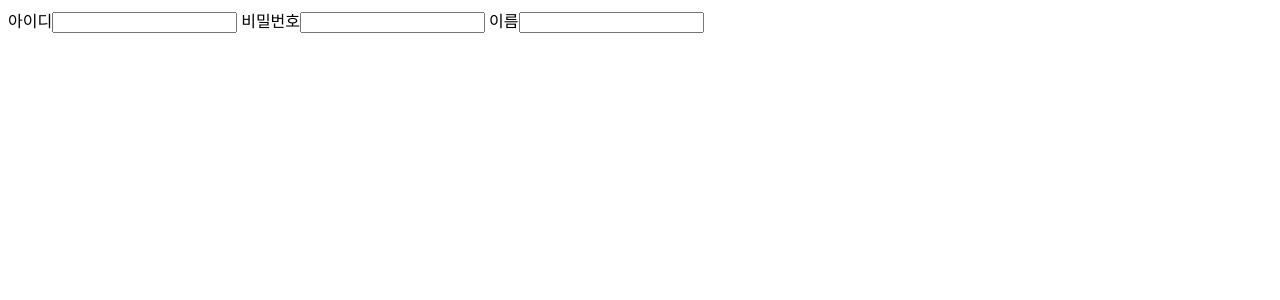
Repository: ih0615/NewJSP
Page: http://localhost/board/views/member/modifyFrom.jsp
The author's editor kept a copy of each file at every save. The page is drawn from the files as they stood at one save, then again after the next save.
The browser window is 1280 px wide. The pictures show the whole page.
The page is served by Tomcat 9. Other server files are loaded and not shown.

Above is the page before, as saved 2020-11-26 02:04:59.

### board/WebContent/views/member/modifyFrom.jsp
<%@ page language="java" contentType="text/html; charset=UTF-8"
    pageEncoding="UTF-8"%>
<!DOCTYPE html>
<html>
<head>
<meta charset="UTF-8">
<title>회원정보 수정</title>
</head>
<body>
<form action="">
아이디<input type="text" />
비밀번호<input type="password" />
이름<input type="text" />
</form>
</body>
</html>

After the next save:
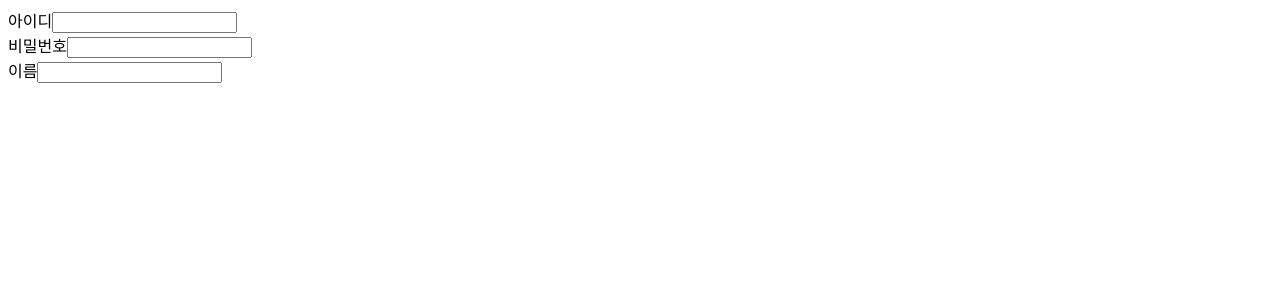
Saved 57 s later.
--- a/board/WebContent/views/member/modifyFrom.jsp
+++ b/board/WebContent/views/member/modifyFrom.jsp
@@ -1,5 +1,4 @@
-<%@ page language="java" contentType="text/html; charset=UTF-8"
-    pageEncoding="UTF-8"%>
+<%@ page language="java" contentType="text/html; charset=UTF-8" pageEncoding="UTF-8"%>
 <!DOCTYPE html>
 <html>
 <head>
@@ -7,10 +6,16 @@
 <title>회원정보 수정</title>
 </head>
 <body>
-<form action="">
-아이디<input type="text" />
-비밀번호<input type="password" />
-이름<input type="text" />
-</form>
+	<form action="">
+		<div>
+			아이디<input type="text" />
+		</div>
+		<div>
+			비밀번호<input type="password" />
+		</div>
+		<div>
+			이름<input type="text" />
+		</div>
+	</form>
 </body>
 </html>
